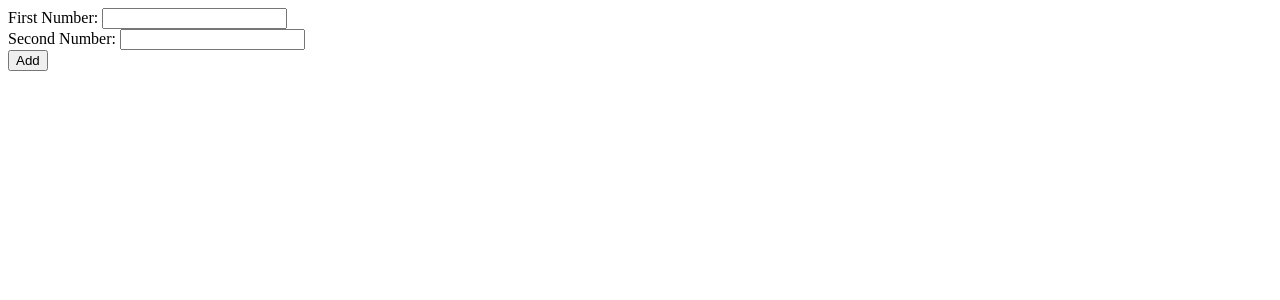
Repository: Catalyst-OTU/Java_Works
Page: ServletBasic/WebContent/AddNumbers.html
An editor plug-in stored every save of this project. The page is shown before and after the next save, followed by the edit.
The browser window is 1280 px wide. The pictures show the whole page.

Above is the page before, as saved 2021-01-27 18:58:53.

After the next save:
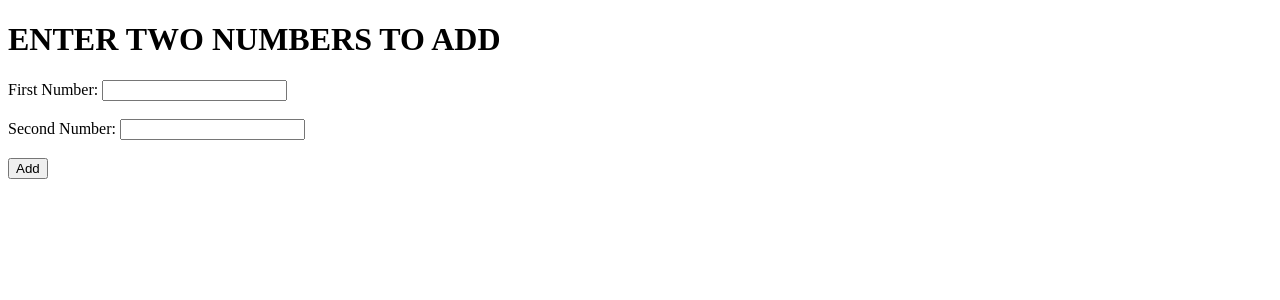
Saved 7 min 39 s later.
--- a/ServletBasic/WebContent/AddNumbers.html
+++ b/ServletBasic/WebContent/AddNumbers.html
@@ -8,8 +8,9 @@
 
 <form action="AddNumbers" method="post">
 
-		First Number: <input type="text" name="firstNumber"> <br/>
-		Second Number: <input type="text" name="secondNumber"> <br/>
+		<h1>ENTER TWO NUMBERS TO ADD</h1>
+		First Number: <input type="text" name="firstNumber"> <br/> <br/>
+		Second Number: <input type="text" name="secondNumber"> <br/> <br/>
 
 		<input type="submit" value="Add">
 
